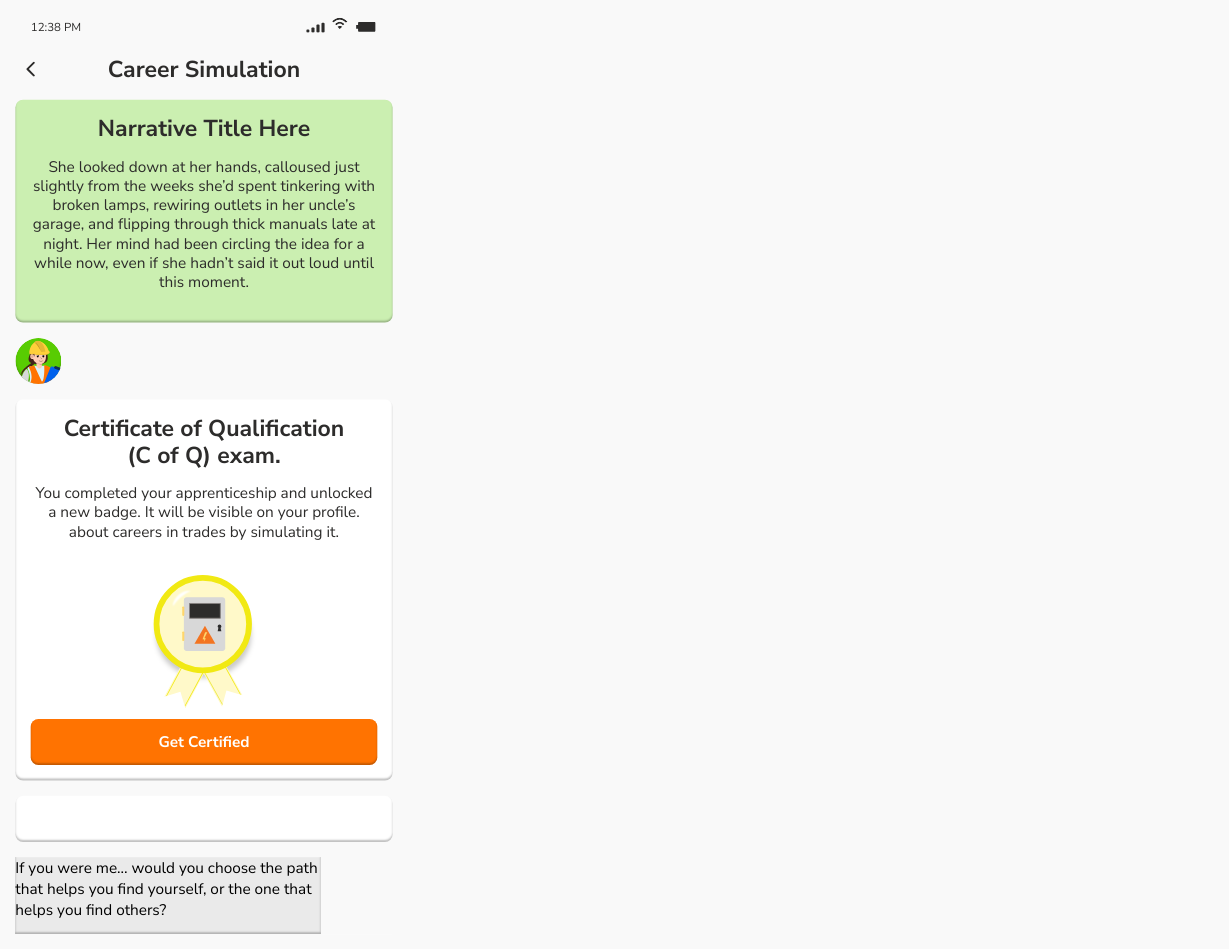
Repository: daniel-liu01/week10books
Page: /
An editor plug-in stored every save of this project. The page is shown before and after a run of saves, followed by the edit.
The browser window is 1280 px wide. The pictures show the whole page, at 96% of full size.
The project was rebuilt for these pictures with package versions that can differ from the ones it lists, and the page was loaded fresh each time. Also part of the build but not shown: vite.config.js, vite.config.ts, src/App.css, app/Simulation/Simulation.module.css, components/InfoModal/InfoModal.module.css, components/InfoModal/InfoModal.jsx, app/Simulation/Simulation.jsx.

Above is the page before, as saved 2025-10-22 12:49:06.

### index.html
<!DOCTYPE html>
<html lang="en">
    <head>
        <meta charset="UTF-8" />
        <link
            rel="icon"
            type="image/svg+xml"
            href="/vite.svg" />
        <meta
            name="viewport"
            content="width=device-width, initial-scale=1.0" />
        <title>frontend</title>
        <link
            rel="preconnect"
            href="https://fonts.googleapis.com" />
        <link
            rel="preconnect"
            href="https://fonts.gstatic.com"
            crossorigin />
        <link
            href="https://fonts.googleapis.com/css2?family=Nunito+Sans:ital,opsz,wght@0,6..12,200..1000;1,6..12,200..1000&display=swap"
            rel="stylesheet" />
    </head>
    <body>
        <div id="root"></div>
        <script
            type="module"
            src="/src/main.jsx"></script>
    </body>
</html>

### src/index.css
/* ------------------------------------------------------ GENERAL STYLES ------------------------------------------------------ */
*,
*::before,
*::after {
    box-sizing: inherit;
}

html,
body {
    font-family: var(--font-family);
    box-sizing: border-box;
    background-color: var(--offwhite-500);
}

body {
    width: 393px;
    min-height: 100vh;
    margin: 16px;
    display: flex;
    flex-direction: column;
    gap: var(--space-large);
}

html {
    display: flex;
    align-items: flex-start;
}

/* ------------------------------------------------------ VARIABLES ------------------------------------------------------ */
:root {
    /* ----- COLORS ----- */
    --primary-50: #fff1e6;
    --primary-100: #ffd4b0;
    --primary-200: #ffbf8a;
    --primary-300: #ffa155;
    --primary-400: #ff8f34;
    --primary-500: #ff7301;
    --primary-600: #e86901;
    --primary-700: #b55201;
    --primary-800: #8c3f01;
    --primary-900: #6b3000;

    --secondary-50: #eefae6;
    --secondary-100: #cbefb1;
    --secondary-200: #b2e88b;
    --secondary-300: #8fdd55;
    --secondary-400: #79d635;
    --secondary-500: #58cc02;
    --secondary-600: #50ba02;
    --secondary-700: #3e9101;
    --secondary-800: #307001;
    --secondary-900: #255601;

    /* -- neutral colors -- */

    --offwhite-500: #f9f9f9;
    --white: #ffffff;
    --black-50: #eaeaea;
    --black-100: #bebebd;
    --black-200: #9e9e9d;
    --black-300: #727271;
    --black-400: #575655;
    --black-500: #2d2c2b;

    /* ----- TYPE ----- */
    --font-family: "Nunito Sans", sans-serif;

    --font-size-extra-large: 88px;
    --font-size-large: 30px;
    --font-size-extra-medium: 24px;
    --font-size-medium: 20px;
    --font-size-regular: 16px;
    --font-size-small: 12px;
    --font-size-extra-small: 10px;

    --font-style-normal: normal;
    --font-weight-bold: bold;

    --line-height-xxlarge: 100px;
    --line-height-large: 36px;
    --line-height-medium: 28px;
    --line-height-small: 20px;

    /* ----- SPACING ----- */
    --space-extra-small: 4px;
    --space-small: 8px;
    --space-regular: 16px;
    --space-medium: 32px;
    --space-large: 48px;
    --space-extra-large: 140px;

    /* ----- Inner shadow ----- */
    --inner-shadow: 0 -2px 2px 0 rgba(0, 0, 0, 0.25);
}

### src/App.jsx
import { useState } from "react";
import { BrowserRouter as Router, Routes, Route } from "react-router-dom";
import "./App.css";

import Simulation from "../app/Simulation/Simulation";
import SimulationChat from "../app/SimulationChat/SimulationChat";
import TextBubble from "../components/TextBubble/TextBubble";

function App() {
    return (
        <div>
            <SimulationChat />
            <TextBubble
                textType='ai'
                text='If you were me… would you choose the path that helps you find yourself, or the one that helps you find others?'
            />
        </div>
    );
}

export default App;

### app/SimulationChat/SimulationChat.jsx
import styles from "./SimulationChat.module.css";
import StatusBar from "../../components/StatusBar/StatusBar";
import HeadingBar from "../../components/HeadingBar/HeadingBar";
import PopUp from "../../components/PopUp/PopUp";
import NarrativeBox from "../../components/NarrativeBox/NarrativeBox";
import AnnaAvatar from "../../components/AnnaAvatar/AnnaAvatar";
import Menu from "../../components/Menu/Menu";

function SimulationChat() {
    return (
        <div className={styles.container}>
            <StatusBar />
            <HeadingBar />
            <NarrativeBox
                title='Narrative Title Here'
                description='She looked down at her hands, calloused just slightly from the weeks she’d spent tinkering with broken lamps, rewiring outlets in her uncle’s garage, and flipping through thick manuals late at night. Her mind had been circling the idea for a while now, even if she hadn’t said it out loud until this moment.'
            />
            <AnnaAvatar />
            <PopUp />
            <Menu />
        </div>
    );
}

export default SimulationChat;

### components/TextBubble/TextBubble.jsx
import styles from "./TextBubble.module.css";

export default function TextBubble({ textType, text }) {
    if (textType === "ai") {
        return (
            <div className={styles.containerAi}>
                <p className={styles.textAi}>{text}</p>
            </div>
        );
    }
    return (
        <>
            <div className={styles.containerUser}>
                <p className={styles.textUser}>{text}</p>
            </div>
        </>
    );
}

### components/StatusBar/StatusBar.jsx
import styles from "./StatusBar.module.css";
import Hour from "../Hour/Hour";

const StatusBar = () => {
    return (
        <div className={styles.container}>
            <Hour />
            <div className={styles.right}>
                <svg
                    className={styles.icon}
                    width='20'
                    height='11'
                    viewBox='0 0 20 11'
                    fill='none'
                    xmlns='http://www.w3.org/2000/svg'>
                    <rect
                        x='15.8765'
                        y='0.600098'
                        width='3.23284'
                        height='10.2222'
                        rx='1.02778'
                    />
                    <rect
                        x='10.6338'
                        y='2.64453'
                        width='3.23284'
                        height='8.17778'
                        rx='1.02778'
                    />
                    <rect
                        x='5.3916'
                        y='5.71094'
                        width='3.23284'
                        height='5.11111'
                        rx='1.02778'
                    />
                    <rect
                        x='0.0327148'
                        y='7.75537'
                        width='3.23284'
                        height='3.06667'
                        rx='1.02778'
                    />
                </svg>

                <svg
                    className={styles.icon}
                    width='22'
                    height='20'
                    viewBox='0 0 22 20'
                    fill='none'
                    xmlns='http://www.w3.org/2000/svg'>
                    <mask
                        id='path-1-inside-1_2157_1042'
                        fill='white'>
                        <path d='M15.9006 7.3897C15.3805 6.57002 14.6486 5.88977 13.7741 5.41333C12.8995 4.93689 11.9113 4.68001 10.9029 4.66702C9.89445 4.65403 8.89922 4.88535 8.01135 5.33908C7.12349 5.79281 6.37237 6.45396 5.82907 7.25994L7.69376 8.391C8.03417 7.88601 8.50479 7.47176 9.06109 7.18747C9.6174 6.90317 10.241 6.75824 10.8728 6.76638C11.5046 6.77452 12.1238 6.93547 12.6718 7.23399C13.2197 7.53251 13.6783 7.95873 14.0042 8.47231L15.9006 7.3897Z' />
                    </mask>
                    <path
                        d='M15.9006 7.3897C15.3805 6.57002 14.6486 5.88977 13.7741 5.41333C12.8995 4.93689 11.9113 4.68001 10.9029 4.66702C9.89445 4.65403 8.89922 4.88535 8.01135 5.33908C7.12349 5.79281 6.37237 6.45396 5.82907 7.25994L7.69376 8.391C8.03417 7.88601 8.50479 7.47176 9.06109 7.18747C9.6174 6.90317 10.241 6.75824 10.8728 6.76638C11.5046 6.77452 12.1238 6.93547 12.6718 7.23399C13.2197 7.53251 13.6783 7.95873 14.0042 8.47231L15.9006 7.3897Z'
                        strokeWidth='4.11111'
                        mask='url(#path-1-inside-1_2157_1042)'
                    />
                    <mask
                        id='path-2-inside-2_2157_1042'
                        fill='white'>
                        <path d='M19.0832 4.55309C18.1524 3.34672 16.9405 2.3605 15.542 1.67127C14.1435 0.982029 12.5961 0.608389 11.0204 0.579456C9.4447 0.550522 7.88323 0.867077 6.45765 1.50446C5.03207 2.14184 3.78086 3.08283 2.80152 4.25413L4.5268 5.55219C5.29548 4.63284 6.27755 3.89425 7.39649 3.39397C8.51543 2.8937 9.74102 2.64523 10.9778 2.66794C12.2145 2.69065 13.4291 2.98392 14.5268 3.5249C15.6245 4.06588 16.5757 4.83997 17.3063 5.78684L19.0832 4.55309Z' />
                    </mask>
                    <path
                        d='M19.0832 4.55309C18.1524 3.34672 16.9405 2.3605 15.542 1.67127C14.1435 0.982029 12.5961 0.608389 11.0204 0.579456C9.4447 0.550522 7.88323 0.867077 6.45765 1.50446C5.03207 2.14184 3.78086 3.08283 2.80152 4.25413L4.5268 5.55219C5.29548 4.63284 6.27755 3.89425 7.39649 3.39397C8.51543 2.8937 9.74102 2.64523 10.9778 2.66794C12.2145 2.69065 13.4291 2.98392 14.5268 3.5249C15.6245 4.06588 16.5757 4.83997 17.3063 5.78684L19.0832 4.55309Z'
                        strokeWidth='4.11111'
                        mask='url(#path-2-inside-2_2157_1042)'
                    />
                    <path d='M13.5162 9.77759L10.8222 12.3331L8.66699 9.77759L9.23963 9.50599C10.2507 9.02643 11.4136 8.97977 12.4599 9.37676L13.5162 9.77759Z' />
                </svg>

                <svg
                    className={styles.icon}
                    width='24'
                    height='24'
                    viewBox='0 0 24 24'
                    fill='none'
                    xmlns='http://www.w3.org/2000/svg'>
                    <path d='M5 17C4.71667 17 4.47917 16.9042 4.2875 16.7125C4.09583 16.5208 4 16.2833 4 16V14H2V10H4V8C4 7.71667 4.09583 7.47917 4.2875 7.2875C4.47917 7.09583 4.71667 7 5 7H21C21.2833 7 21.5208 7.09583 21.7125 7.2875C21.9042 7.47917 22 7.71667 22 8V16C22 16.2833 21.9042 16.5208 21.7125 16.7125C21.5208 16.9042 21.2833 17 21 17H5Z' />
                </svg>
            </div>
        </div>
    );
};

export default StatusBar;

### components/HeadingBar/HeadingBar.jsx
import styles from "./HeadingBar.module.css";
import ArrowBack from "../ArrowBack/ArrowBack";

function HeadingBar() {
    return (
        <div className={styles.heading_container}>
            <ArrowBack />
            <h1 className={styles.heading_pageTitle}>Career Simulation</h1>
            <div className={styles.heading_placeholder}></div>
        </div>
    );
}

export default HeadingBar;

### components/Card/Card.jsx
import styles from "./Card.module.css";
import Button from "../../components/Button/Button";

function Card({
    image,
    title,
    description,
    type,
    valueOfButton,
    typeOfButton,
    sizeOfButton,
}) {
    return (
        <>
            {type === "regular" && (
                <div className={styles.container}>
                    <div className={styles.content}>
                        <h3 className={styles.title}>{title}</h3>
                        <p className={styles.description}>{description}</p>
                    </div>
                    {image && (
                        <div className={styles.image_wrapper}>
                            <img
                                src={image}
                                alt={title}
                                className={styles.image}
                            />
                        </div>
                    )}
                </div>
            )}
            {type === "button" && (
                <div className={styles.container}>
                    <div className={styles.content}>
                        <h3 className={styles.title}>{title}</h3>
                        <p className={styles.description}>{description}</p>
                    </div>
                    {image && (
                        <div className={styles.image_wrapper}>
                            <img
                                src={image}
                                alt={title}
                                className={styles.image}
                            />
                        </div>
                    )}
                    <Button
                        type={typeOfButton}
                        size={sizeOfButton}
                        value={valueOfButton}
                        onClick={() => console.log("clicked")}
                        isDisabled={false}
                    />
                </div>
            )}
        </>
    );
}

export default Card;

### components/Button/Button.jsx
import styles from "./Button.module.css";

function Button({
    type = "primary",
    isDisabled = false,
    size = "default",
    value,
    onClick,
}) {
    let buttonClass = styles.button;

    if (type === "primary") buttonClass += ` ${styles.primary}`;
    if (type === "secondary") buttonClass += ` ${styles.secondary}`;
    if (type === "terciary") buttonClass += ` ${styles.terciary}`;
    if (type === "warning") buttonClass += ` ${styles.error}`;
    if (size === "small") buttonClass += ` ${styles.small}`;
    if (size === "large") buttonClass += ` ${styles.large}`;
    if (isDisabled) buttonClass += ` ${styles.disabled}`;

    return (
        <input
            type='button'
            className={buttonClass}
            value={value}
            onClick={onClick}
            disabled={isDisabled}
        />
    );
}

export default Button;

### components/Menu/Menu.jsx
import styles from "./Menu.module.css";

function Menu() {
    return <div className={styles.container}></div>;
}

export default Menu;

### app/SimulationChat/SimulationChat.module.css
.container {
    display: flex;
    flex-direction: column;
    gap: var(--space-regular);
}

### components/PopUp/PopUp.jsx
import Card from "../../components/Card/Card";

function PopUp() {
    return (
        <div>
            <Card
                title={
                    <>
                        Certificate of Qualification <br /> (C of Q) exam.
                    </>
                }
                description={
                    <>
                        You completed your apprenticeship and unlocked
                        <br />a new badge. It will be visible on your profile.
                        about careers in trades by simulating it.
                    </>
                }
                image='/Electrician.svg'
                type='button'
                valueOfButton='Get Certified'
                typeOfButton='primary'
                sizeOfButton='large'
            />
        </div>
    );
}

export default PopUp;

### components/NarrativeBox/NarrativeBox.jsx
import styles from "./NarrativeBox.module.css";

function NarrativeBox({ title, description }) {
    return (
        <div className={styles.container}>
            <div className={styles.content}>
                <h3 className={styles.title}>{title}</h3>
                <p className={styles.description}>{description}</p>
            </div>
        </div>
    );
}

export default NarrativeBox;

### components/AnnaAvatar/AnnaAvatar.jsx
import styles from "./AnnaAvatar.module.css";

function AnnaAvatar() {
    return (
        <img
            className={styles.image}
            src='AnnaAvatar.svg'
            alt='Anna Avatar'
        />
    );
}

export default AnnaAvatar;

### components/TextBubble/TextBubble.module.css
.containerAi {
    background-color: var(--black-50);
    width: 318px;
    height: 80px;
    box-shadow: var(--inner-shadow) inset;
}

.textAI {
    color: var(--black-500);
    font-size: var(--font-size-small);

}

### components/StatusBar/StatusBar.module.css
.container {
    display: flex;
    flex-direction: row;
    align-items: center;
    justify-content: space-between;
    width: 393px;
    padding: 0 var(--space-regular);
    margin: 0;
}

.right {
    display: flex;
    align-items: center;
    gap: var(--space-extra-small);
}

.icon {
    fill: var(--black-500);
}

### components/Hour/Hour.jsx
"use client";
import { useEffect, useState } from "react";
import styles from "./Hour.module.css";

const Hour = () => {
    const [currentTime, setCurrentTime] = useState(new Date());

    useEffect(() => {
        const timer = setInterval(() => {
            setCurrentTime(new Date());
        }, 1000);

        return () => clearInterval(timer);
    }, []);

    const formattedTime = currentTime.toLocaleTimeString("en-US", {
        hour: "2-digit",
        minute: "2-digit",
        hour12: true,
    });

    return <div className={styles.hour}>{formattedTime}</div>;
};

export default Hour;

### components/HeadingBar/HeadingBar.module.css
.heading_container {
    width: 100%;
    display: flex;
    align-items: center;
    justify-content: space-between;
    gap: var(--space-small);
    margin: 0;
    padding: 0;
}

.heading_pageTitle {
    font-weight: var(--font-weight-bold);
    font-size: var(--font-size-extra-medium);
    margin: 0;
    line-height: 1;
    color: var(--black-500);
}

.heading_placeholder {
    width: var(--space-medium);
    height: var(--space-medium);
    visibility: hidden;
}

### components/ArrowBack/ArrowBack.jsx
import styles from "./ArrowBack.module.css";

function ArrowBack() {
    return (
        <div className={styles.arrow_container}>
            <svg
                className={styles.arrow_icon}
                xmlns='http://www.w3.org/2000/svg'
                width='16'
                height='16'
                viewBox='0 0 12 20'
                fill='none'>
                <path
                    d='M10.7071 19.2929C10.3166 19.6834 9.68342 19.6834 9.29289 19.2929L0.707106 10.7071C0.316582 10.3166 0.316583 9.68342 0.707107 9.29289L9.29289 0.707106C9.68342 0.316582 10.3166 0.316582 10.7071 0.707107L11.0679 1.06789C11.4584 1.45842 11.4584 2.09158 11.0679 2.48211L3.55 10L11.0679 17.5179C11.4584 17.9084 11.4584 18.5416 11.0679 18.9321L10.7071 19.2929Z'
                    fill='currentColor'
                />
            </svg>
        </div>
    );
}

export default ArrowBack;

### components/Card/Card.module.css
.container {
    display: flex;
    flex-direction: column;
    justify-content: space-between;
    align-items: center;
    border-radius: var(--space-small);
    background: var(--white);
    box-shadow: var(--inner-shadow) inset;
    padding: var(--space-regular);
}

.content {
    display: flex;
    flex-direction: column;
    justify-content: space-between;
    align-items: center;
    font-family: var(--font-family);
    color: var(--black-500);
    text-align: center;
    gap: var(--space-regular);
}

.title {
    font-size: var(--font-size-extra-medium);
    font-weight: var(--font-weight-bold);
    line-height: var(--line-height-medium);
    margin: 0;
}

.description {
    font-size: var(--font-size-regular);
    line-height: var(--line-height-small);
    margin: 0;
    margin-bottom: var(--space-regular);
}

.image_wrapper {
}

.image {
}

### components/Button/Button.module.css
.button {
    display: block;
    width: 361px;
    height: var(--space-large);
    line-height: var(--line-height-large);
    text-align: center;

    font-family: var(--font-family);
    font-size: var(--font-size-regular);
    font-weight: var(--font-weight-bold);

    padding: 0 var(--space-regular);
    margin: 0;
    border-radius: var(--space-small);
    border: none;
    box-shadow: var(--inner-shadow) inset;
    cursor: pointer;
    transition: background-color 0.2s ease-in-out, color 0.2s ease-in-out;
}

.button:hover {
    background-color: var(--primary-700);
    color: var(--white);
}

.primary {
    background-color: var(--primary-500);
    color: var(--white);
}

.large {
    width: 100%;
    height: var(--space-large);
}

### components/Menu/Menu.module.css
.container {
    display: flex;
    width: 100%;
    height: var(--space-large);
    justify-content: center;
    align-items: center;
    gap: var(--space-medium);
    border-radius: var(--space-small);
    background: var(--white);
    box-shadow: var(--inner-shadow) inset;
}

### components/NarrativeBox/NarrativeBox.module.css
.container {
    display: flex;
    flex-direction: column;
    justify-content: space-between;
    align-items: center;
    border-radius: var(--space-small);
    background: var(--secondary-100);
    box-shadow: var(--inner-shadow) inset;
    padding: var(--space-regular);
}

.content {
    display: flex;
    flex-direction: column;
    justify-content: space-between;
    align-items: center;
    font-family: var(--font-family);
    color: var(--black-500);
    text-align: center;
    gap: var(--space-regular);
}

.title {
    font-size: var(--font-size-extra-medium);
    font-weight: var(--font-weight-bold);
    line-height: var(--line-height-medium);
    margin: 0;
}

.description {
    font-size: var(--font-size-regular);
    line-height: var(--line-height-small);
    margin: 0;
    margin-bottom: var(--space-regular);
}

### components/AnnaAvatar/AnnaAvatar.module.css
.image {
    width: var(--space-large);
}

### components/Hour/Hour.module.css
.hour {
    color: var(--black-500);
    font-family: var(--font-family);
    font-size: var(--font-size-small);
}

### components/ArrowBack/ArrowBack.module.css
.arrow_container {
    display: inline-flex;
    align-items: center;
    justify-content: center;
    background: none;
    border: none;
    cursor: pointer;
    padding: 0;
    width: var(--space-medium);
    height: var(--space-medium);
}

.arrow_icon {
    color: var(--black-500);
    width: var(--space-regular);
    height: var(--space-regular);
}

.arrow_container:hover .arrow_icon {
    color: var(--primary-500);
}

Loaded but not shown: src/main.jsx (common file)

After the next 2 saves:
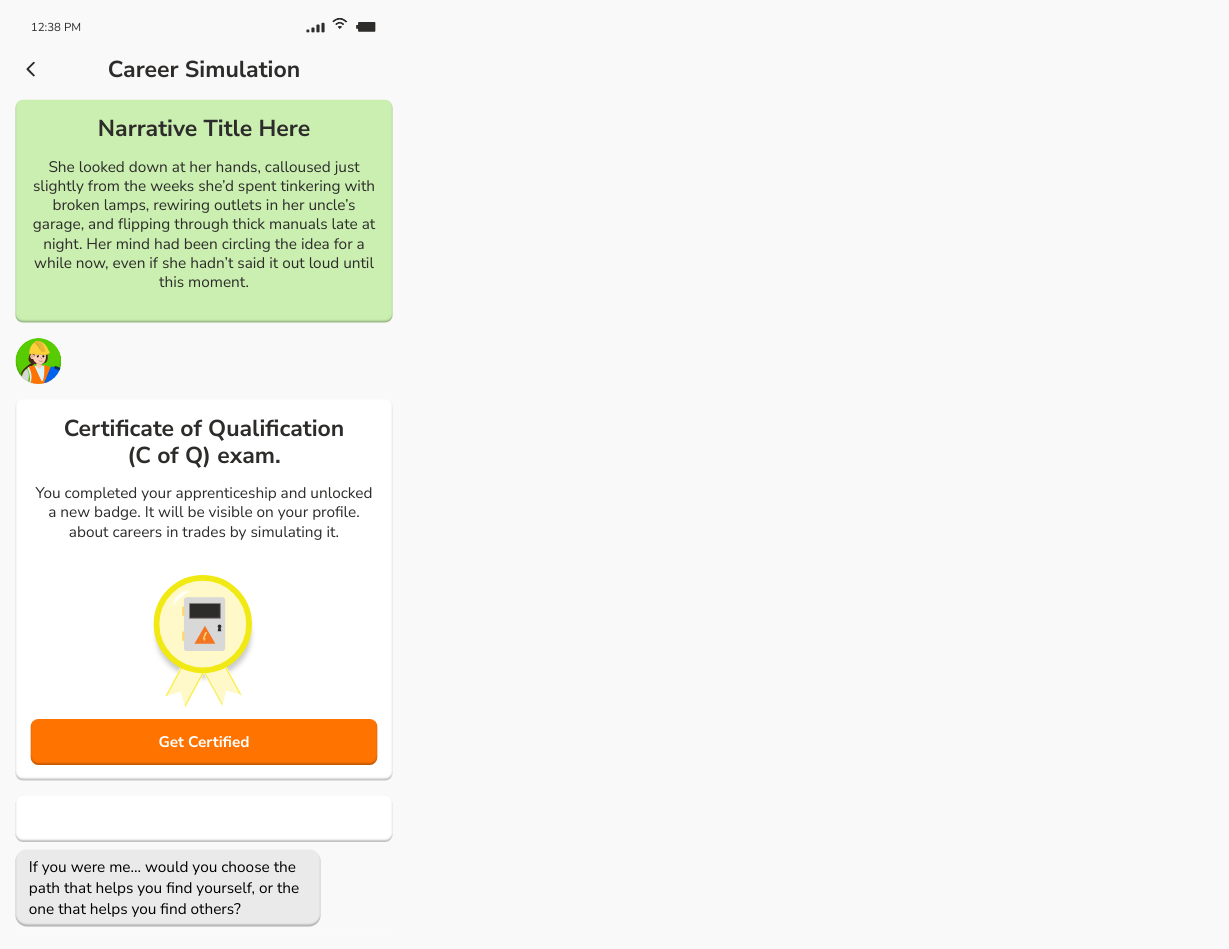
The 2 saves are shown as one change because they came seconds apart.
The last was saved 2 s later.
--- a/components/TextBubble/TextBubble.module.css
+++ b/components/TextBubble/TextBubble.module.css
@@ -1,3 +1,12 @@
+.containerAi,
+.containerUser {
+  border-radius: 12px;
+  padding: 10px 14px;
+  display: flex;
+  align-items: center;
+  margin: 8px 0;
+}
+
 .containerAi {
     background-color: var(--black-50);
     width: 318px;
